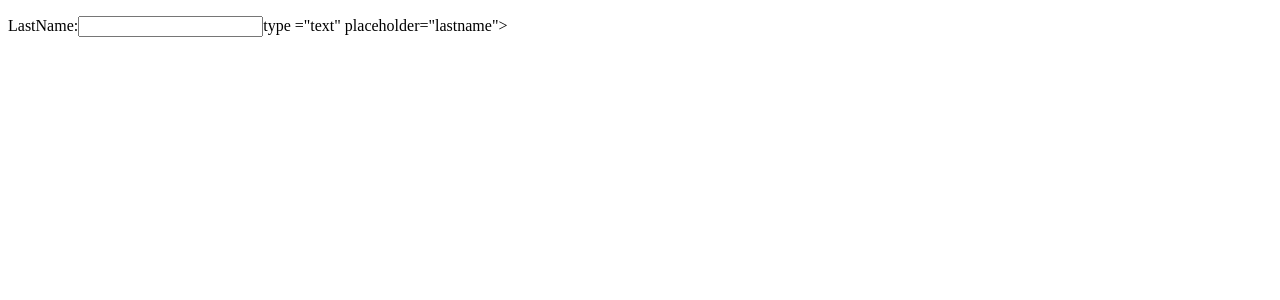
Repository: henokkeleta/SpringIt2
Page: CustomerServletProjects/WebContent/custom.html
An editor plug-in stored every save of this project. The page is shown before and after the next save, followed by the edit.
The browser window is 1280 px wide. The pictures show the whole page.

Above is the page before, as saved 2017-06-13 18:01:14.

### CustomerServletProjects/WebContent/custom.html
<!DOCTYPE html>
<html>
<head>
<meta charset="UTF-8">
<title>Input from the user</title>
</head>
<body>
  <form action = "customer " method="post">
  <p>LastName:<input>type ="text" placeholder="lastname"></p>
  </form>
  </body>
</html>

After the next save:
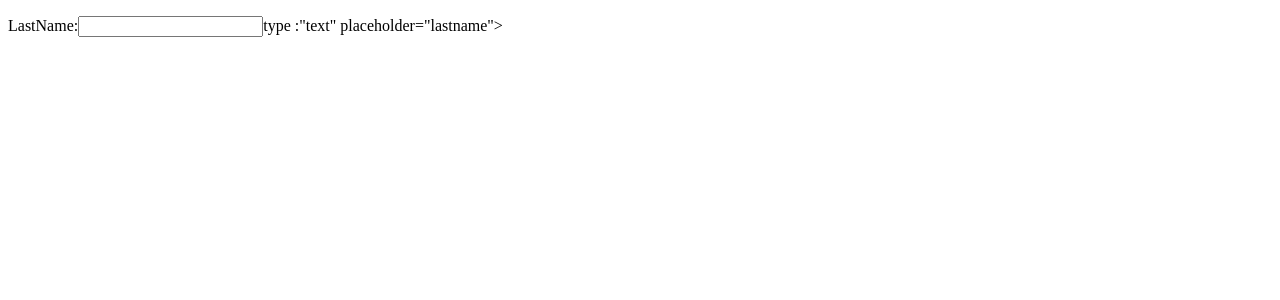
Saved 62 min 11 s later.
--- a/CustomerServletProjects/WebContent/custom.html
+++ b/CustomerServletProjects/WebContent/custom.html
@@ -6,7 +6,7 @@
 </head>
 <body>
   <form action = "customer " method="post">
-  <p>LastName:<input>type ="text" placeholder="lastname"></p>
+  <p>LastName:<input>type :"text" placeholder="lastname"></p>
   </form>
   </body>
 </html>
